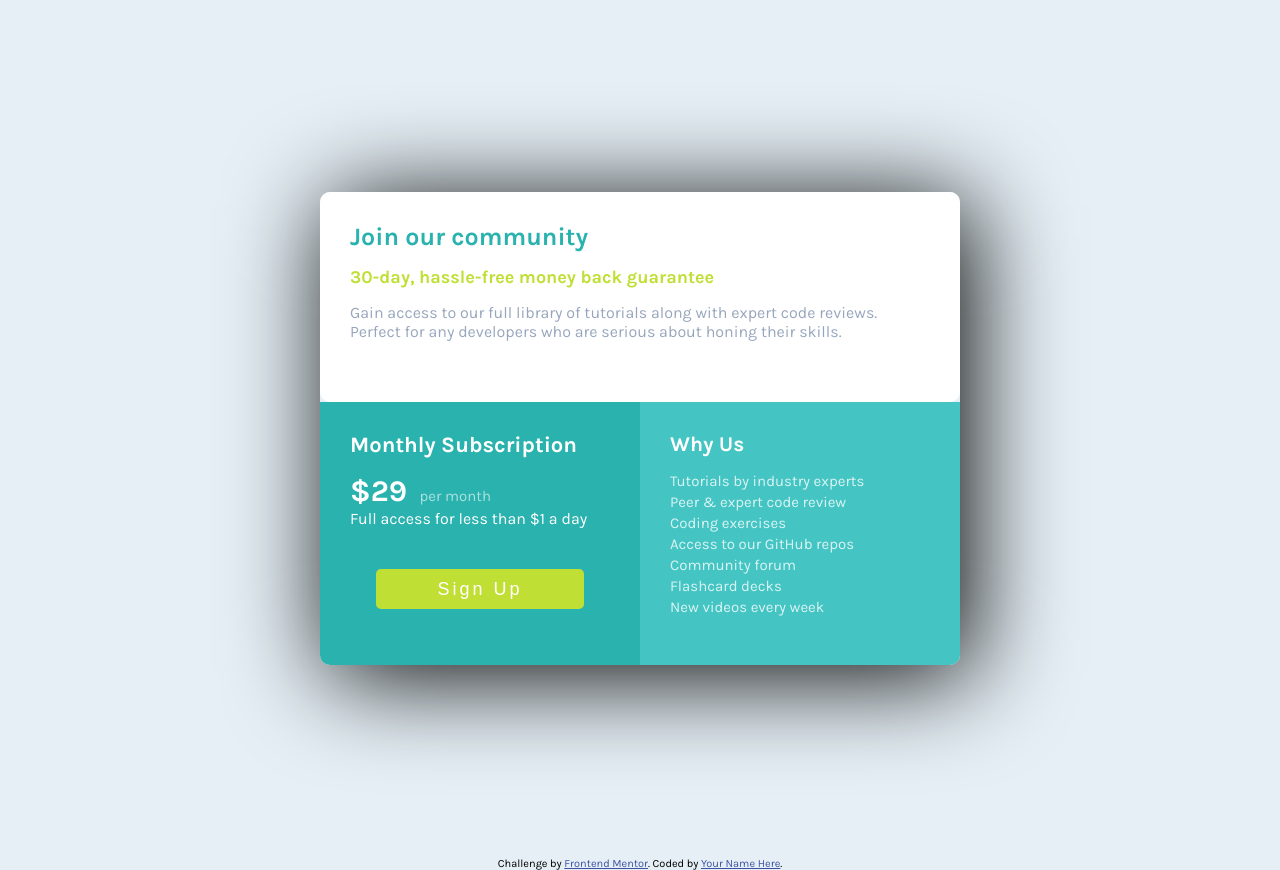
Repository: Pedrohamoura-Git/Frontend-Mentor-Challenges
Page: Newbie/single-price-grid-component-master/index.html
These files come from the project's save history. The page is drawn as it stood at one moment and after the next save; the edit follows.
The browser window is 1280 px wide. The pictures show the whole page.

Above is the page before, as saved 2021-05-31 16:00:33.

After the next save:
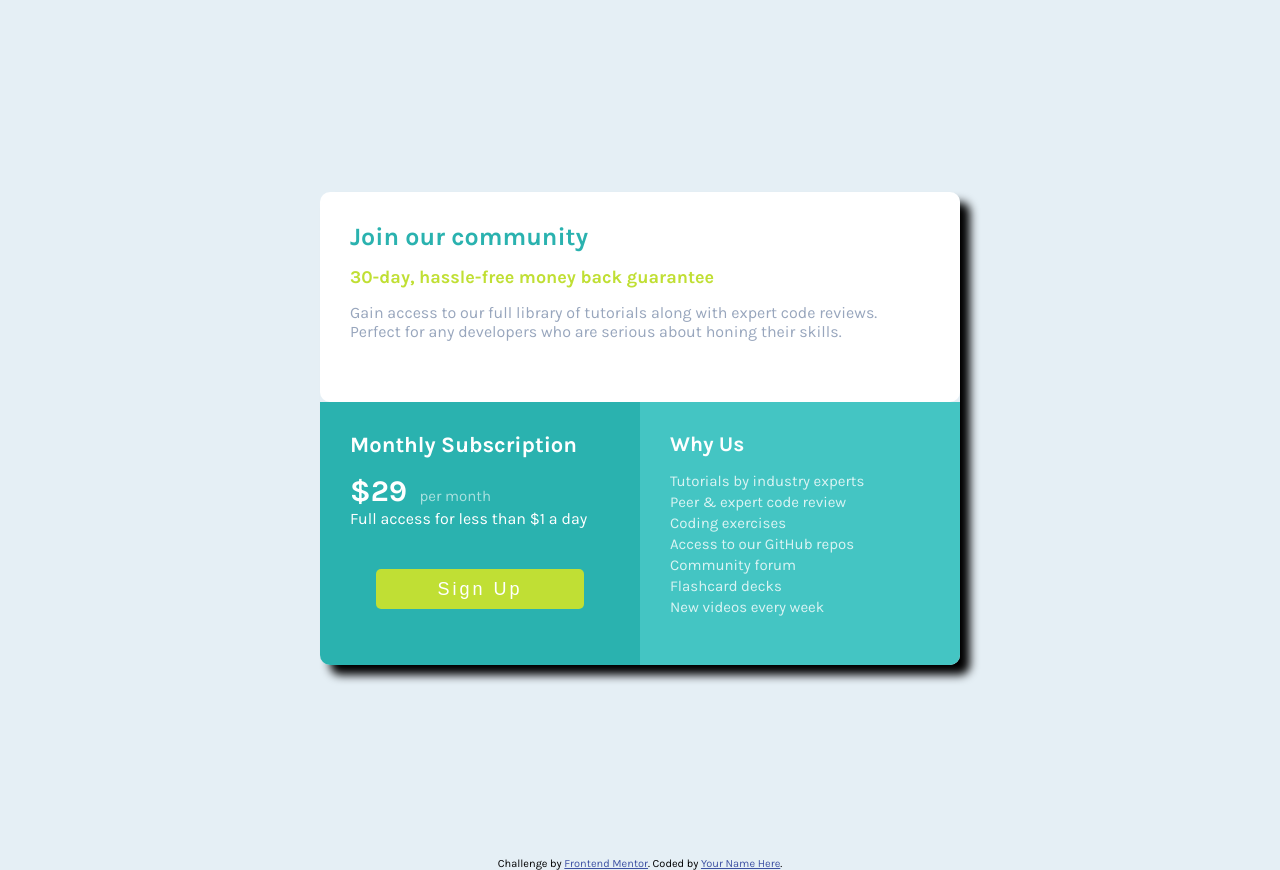
Saved 2 s later.
--- a/Newbie/single-price-grid-component-master/css/style.css
+++ b/Newbie/single-price-grid-component-master/css/style.css
@@ -24,7 +24,7 @@
 */
     #wrapper {
         border-radius: 1rem;
-        box-shadow: 10px 10px 100px rgba(0, 0, 0);
+        box-shadow: 10px 10px 10px rgba(0, 0, 0);
         display: grid;
         grid-template-rows: repeat(auto-fit, minmax(200px, 1fr));
         margin: 15% auto;

After the save that followed:
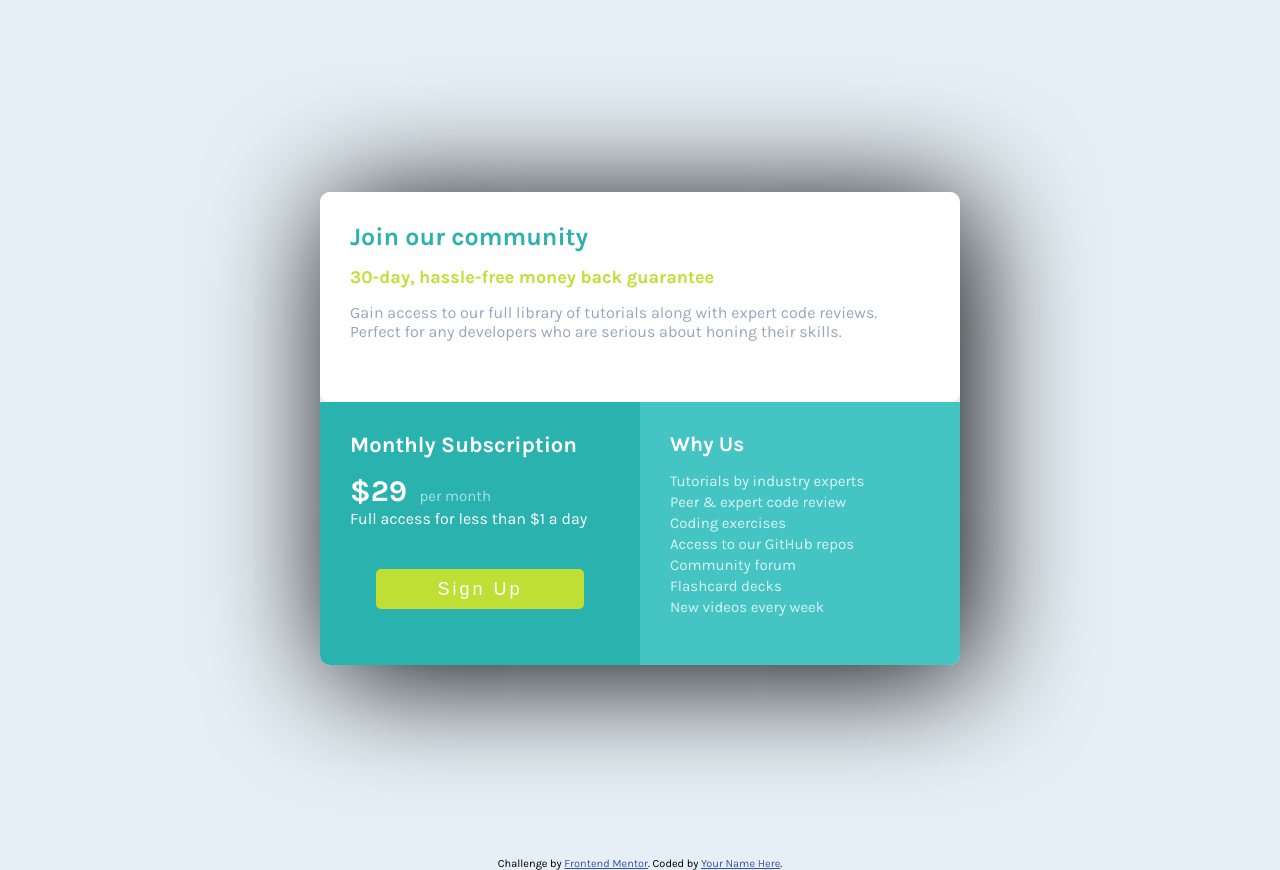
Saved 2 s later.
--- a/Newbie/single-price-grid-component-master/css/style.css
+++ b/Newbie/single-price-grid-component-master/css/style.css
@@ -24,7 +24,7 @@
 */
     #wrapper {
         border-radius: 1rem;
-        box-shadow: 10px 10px 10px rgba(0, 0, 0);
+        box-shadow: 10px 10px 121px rgba(0, 0, 0);
         display: grid;
         grid-template-rows: repeat(auto-fit, minmax(200px, 1fr));
         margin: 15% auto;
